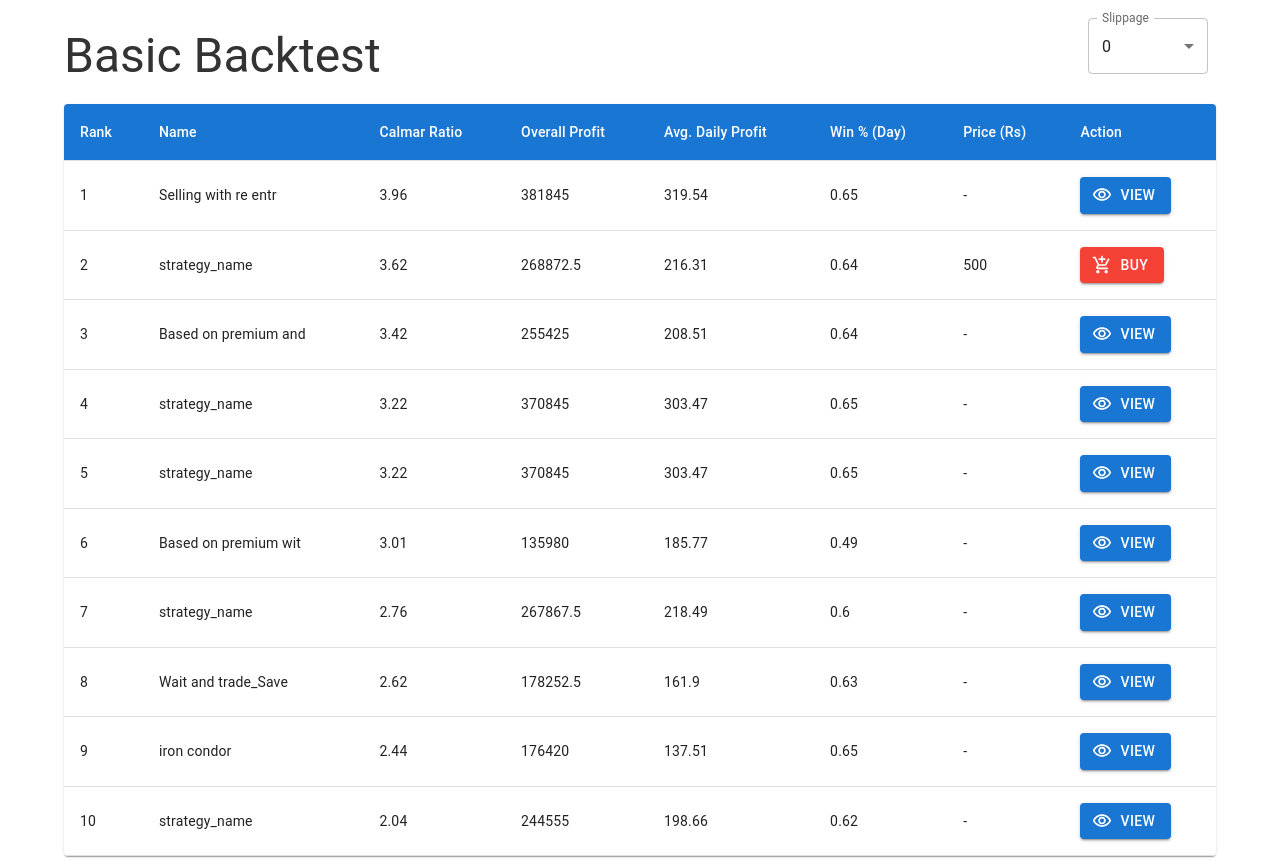
Repository: PraTEEkgUpTa2/Leaderboard
Page: /
An editor plug-in stored every save of this project. The page is shown before and after the next save, followed by the edit.
The browser window is 1280 px wide. The pictures show the whole page.
The project was rebuilt for these pictures with package versions that can differ from the ones it lists, and the page was loaded fresh each time. Also part of the build but not shown: src/App.css.

Above is the page before, as saved 2024-05-27 15:45:05.

After the next save:
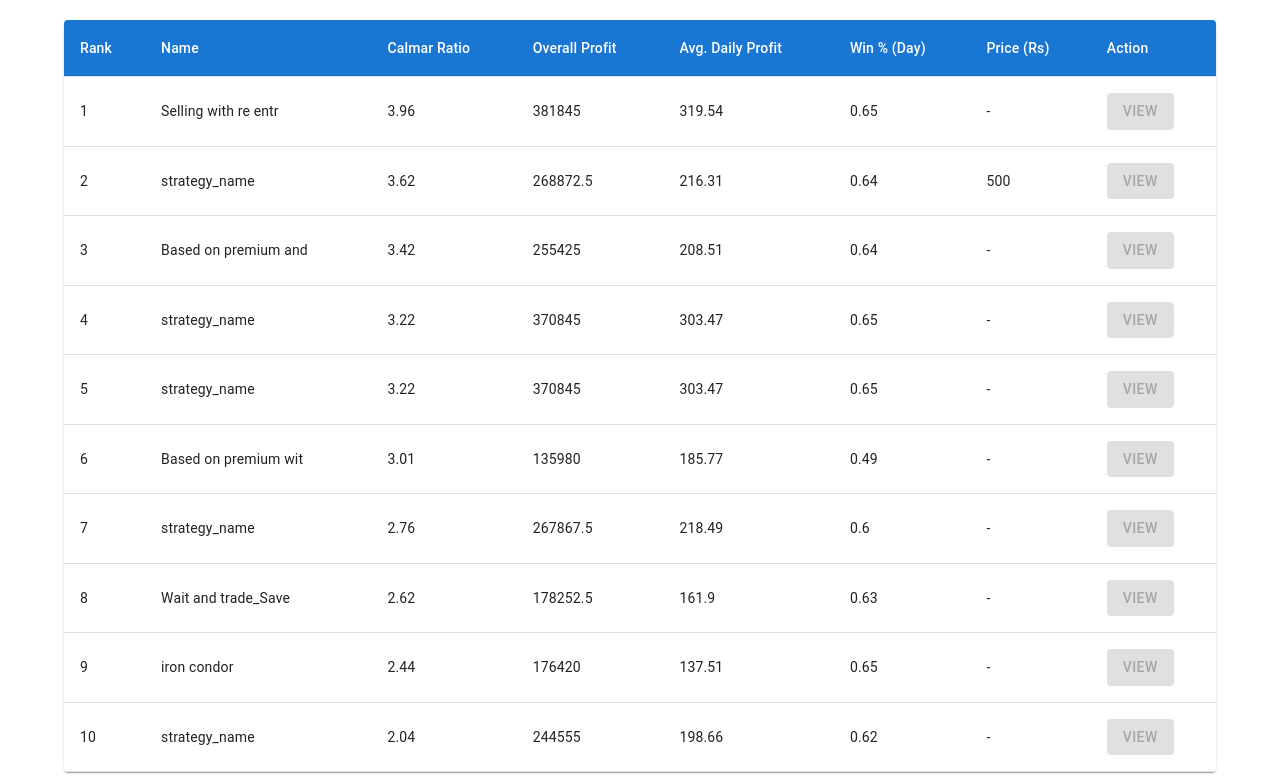
Saved 3 min 3 s later.
--- a/src/Leaderboard.js
+++ b/src/Leaderboard.js
@@ -1,7 +1,6 @@
 import React, { useState } from 'react';
 import data from './data.json';
 import { Container, Table, TableBody, TableCell, TableContainer, TableHead, TableRow, Paper, Button, Typography, FormControl, InputLabel, Select, MenuItem, Box, Card } from '@mui/material';
-import { VisibilityOutlined, AddShoppingCartOutlined } from '@mui/icons-material';
 import { styled } from '@mui/system';
 import { Pie } from 'react-chartjs-2';
 import {Chart, ArcElement} from 'chart.js'
@@ -14,43 +13,24 @@
   },
 }));
 
-const ViewButton = styled(Button)(({ theme }) => ({
-  backgroundColor: theme.palette.primary.main,
-  color: theme.palette.common.white,
-  '&:hover': {
-    backgroundColor: theme.palette.primary.dark,
-  },
-  '& .MuiButton-startIcon': {
-    marginRight: theme.spacing(1),
-  },
-}));
-
-const BuyButton = styled(Button)(({ theme }) => ({
-  backgroundColor: theme.palette.error.main,
-  color: theme.palette.common.white,
-  '&:hover': {
-    backgroundColor: theme.palette.error.dark,
-  },
-  '& .MuiButton-startIcon': {
-    marginRight: theme.spacing(1),
-  },
-}));
-
 const HoverTableRow = styled(TableRow)(({ theme }) => ({
   transition: 'background-color 0.3s',
   '&:hover': {
     backgroundColor: theme.palette.action.hover,
-    zIndex: 1, // Increase z-index when hovered
-    position: 'relative', // Add position: relative
+    zIndex: 1,
+    position: 'relative',
   },
 }));
 
 const Leaderboard = () => {
   const [selectedRow, setSelectedRow] = useState(null);
 
-  // Prepare data for the pie chart
+  const handleRowClick = (rowData) => {
+    setSelectedRow(rowData);
+  };
+
   const chartData = {
-    labels: selectedRow ? ['Calmar Ratio', 'Overall Profit', 'Avg. Daily Profit', 'Win % (Day)', 'Price (Rs)'] : [],
+    labels: ['Calmar Ratio', 'Overall Profit', 'Avg. Daily Profit', 'Win % (Day)', 'Price (Rs)'],
     datasets: [{
       data: selectedRow ? [selectedRow["Calmar Ratio"], selectedRow["Overall Profit"], selectedRow["Avg. Daily Profit"], selectedRow["Win %(Day)"], selectedRow["Price (Rs)"]] : [],
       backgroundColor: [
@@ -66,34 +46,23 @@
         '#FFCE56',
         '#66BB6A',
         '#FF7043'
-      ]
+      ],
+      borderColor: '#fff',
+      borderWidth: 1,
     }]
   };
 
-  const handleRowClick = (rowData) => {
-    setSelectedRow(rowData);
+  const chartOptions = {
+    responsive: true,
+    maintainAspectRatio: false,
+    animation: {
+      animateRotate: true,
+      animateScale: true,
+    },
   };
 
   return (
     <Container>
-      <Box display="flex" justifyContent="space-between" alignItems="center">
-        <Typography variant="h3" style={{ color: '#333', marginTop: '20px' }}>
-          Basic Backtest
-        </Typography>
-        <FormControl sx={{ m: 1, minWidth: 120 }}>
-          <InputLabel id="slippage-label">Slippage</InputLabel>
-          <Select
-            labelId="slippage-label"
-            id="slippage-select"
-            defaultValue={0}
-            label="Slippage"
-          >
-            <MenuItem value={0}>0</MenuItem>
-            <MenuItem value={0.5}>0.5</MenuItem>
-            <MenuItem value={1}>1</MenuItem>
-          </Select>
-        </FormControl>
-      </Box>
       <TableContainer component={Paper} style={{ marginTop: '20px' }}>
         <Table aria-label="leaderboard table">
           <StyledTableHead>
@@ -119,15 +88,9 @@
                 <TableCell>{row["Win %(Day)"]}</TableCell>
                 <TableCell>{row["Price (Rs)"] ? row["Price (Rs)"] : '-'}</TableCell>
                 <TableCell>
-                  {row.Action === 'View' ? (
-                    <ViewButton startIcon={<VisibilityOutlined />} variant="contained">
-                      View
-                    </ViewButton>
-                  ) : (
-                    <BuyButton startIcon={<AddShoppingCartOutlined />} variant="contained">
-                      Buy
-                    </BuyButton>
-                  )}
+                  <Button variant="contained" disabled>
+                    View
+                  </Button>
                 </TableCell>
               </HoverTableRow>
             ))}
@@ -139,7 +102,7 @@
           <Typography variant="h6" gutterBottom>
             {selectedRow.Name}
           </Typography>
-          <Pie data={chartData} />
+          <Pie data={chartData} options={chartOptions} />
         </Card>
       )}
     </Container>

After the 2 saves that followed:
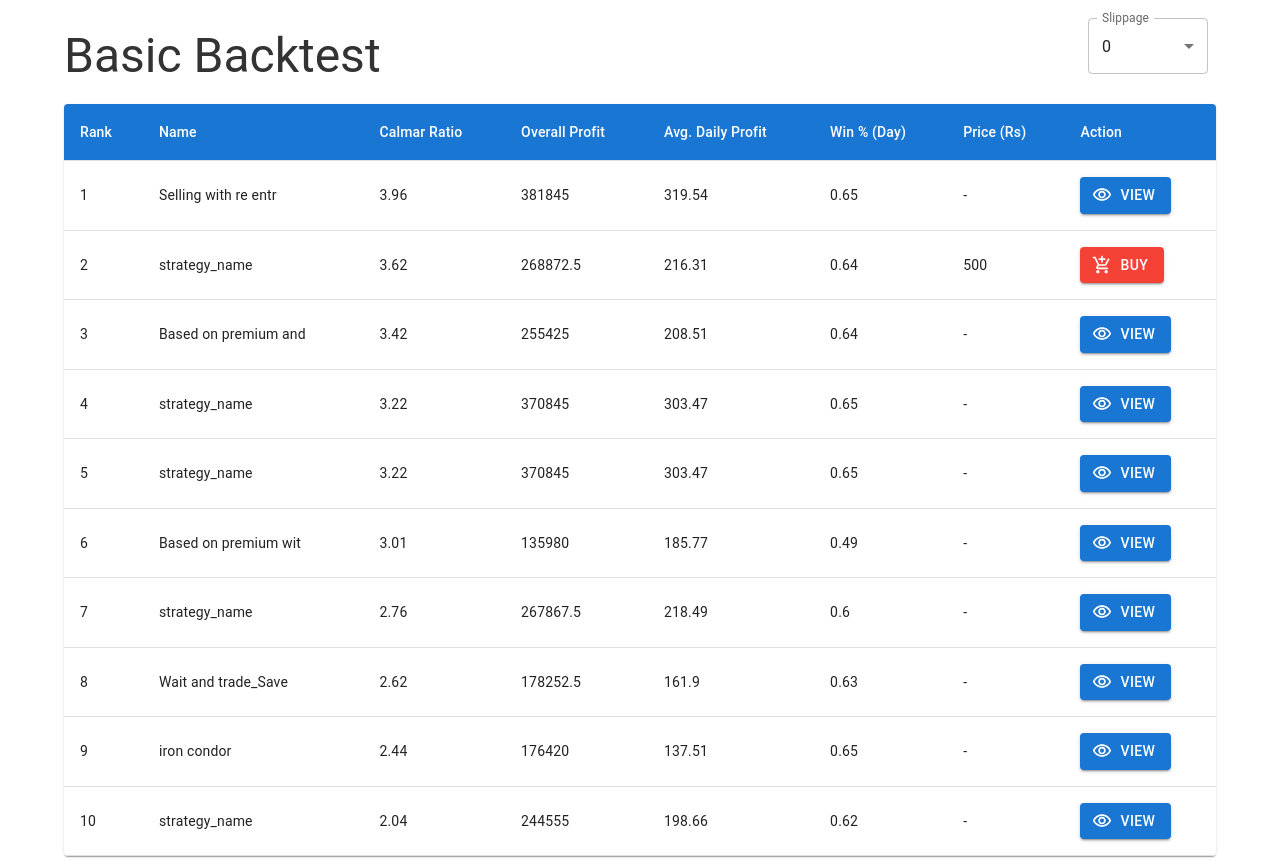
The 2 saves are shown as one change because 1 left the picture as it was.
The last was saved 4 min 58 s later.
--- a/src/Leaderboard.js
+++ b/src/Leaderboard.js
@@ -1,10 +1,9 @@
 import React, { useState } from 'react';
 import data from './data.json';
 import { Container, Table, TableBody, TableCell, TableContainer, TableHead, TableRow, Paper, Button, Typography, FormControl, InputLabel, Select, MenuItem, Box, Card } from '@mui/material';
+import { VisibilityOutlined, AddShoppingCartOutlined } from '@mui/icons-material';
 import { styled } from '@mui/system';
 import { Pie } from 'react-chartjs-2';
-import {Chart, ArcElement} from 'chart.js'
-Chart.register(ArcElement);
 
 const StyledTableHead = styled(TableHead)(({ theme }) => ({
   backgroundColor: theme.palette.primary.main,
@@ -13,24 +12,43 @@
   },
 }));
 
+const ViewButton = styled(Button)(({ theme }) => ({
+  backgroundColor: theme.palette.primary.main,
+  color: theme.palette.common.white,
+  '&:hover': {
+    backgroundColor: theme.palette.primary.dark,
+  },
+  '& .MuiButton-startIcon': {
+    marginRight: theme.spacing(1),
+  },
+}));
+
+const BuyButton = styled(Button)(({ theme }) => ({
+  backgroundColor: theme.palette.error.main,
+  color: theme.palette.common.white,
+  '&:hover': {
+    backgroundColor: theme.palette.error.dark,
+  },
+  '& .MuiButton-startIcon': {
+    marginRight: theme.spacing(1),
+  },
+}));
+
 const HoverTableRow = styled(TableRow)(({ theme }) => ({
   transition: 'background-color 0.3s',
   '&:hover': {
     backgroundColor: theme.palette.action.hover,
-    zIndex: 1,
-    position: 'relative',
+    zIndex: 1, // Increase z-index when hovered
+    position: 'relative', // Add position: relative
   },
 }));
 
 const Leaderboard = () => {
   const [selectedRow, setSelectedRow] = useState(null);
 
-  const handleRowClick = (rowData) => {
-    setSelectedRow(rowData);
-  };
-
+  // Prepare data for the pie chart
   const chartData = {
-    labels: ['Calmar Ratio', 'Overall Profit', 'Avg. Daily Profit', 'Win % (Day)', 'Price (Rs)'],
+    labels: selectedRow ? ['Calmar Ratio', 'Overall Profit', 'Avg. Daily Profit', 'Win % (Day)', 'Price (Rs)'] : [],
     datasets: [{
       data: selectedRow ? [selectedRow["Calmar Ratio"], selectedRow["Overall Profit"], selectedRow["Avg. Daily Profit"], selectedRow["Win %(Day)"], selectedRow["Price (Rs)"]] : [],
       backgroundColor: [
@@ -46,23 +64,34 @@
         '#FFCE56',
         '#66BB6A',
         '#FF7043'
-      ],
-      borderColor: '#fff',
-      borderWidth: 1,
+      ]
     }]
   };
 
-  const chartOptions = {
-    responsive: true,
-    maintainAspectRatio: false,
-    animation: {
-      animateRotate: true,
-      animateScale: true,
-    },
+  const handleRowClick = (rowData) => {
+    setSelectedRow(rowData);
   };
 
   return (
     <Container>
+      <Box display="flex" justifyContent="space-between" alignItems="center">
+        <Typography variant="h3" style={{ color: '#333', marginTop: '20px' }}>
+          Basic Backtest
+        </Typography>
+        <FormControl sx={{ m: 1, minWidth: 120 }}>
+          <InputLabel id="slippage-label">Slippage</InputLabel>
+          <Select
+            labelId="slippage-label"
+            id="slippage-select"
+            defaultValue={0}
+            label="Slippage"
+          >
+            <MenuItem value={0}>0</MenuItem>
+            <MenuItem value={0.5}>0.5</MenuItem>
+            <MenuItem value={1}>1</MenuItem>
+          </Select>
+        </FormControl>
+      </Box>
       <TableContainer component={Paper} style={{ marginTop: '20px' }}>
         <Table aria-label="leaderboard table">
           <StyledTableHead>
@@ -88,9 +117,15 @@
                 <TableCell>{row["Win %(Day)"]}</TableCell>
                 <TableCell>{row["Price (Rs)"] ? row["Price (Rs)"] : '-'}</TableCell>
                 <TableCell>
-                  <Button variant="contained" disabled>
-                    View
-                  </Button>
+                  {row.Action === 'View' ? (
+                    <ViewButton startIcon={<VisibilityOutlined />} variant="contained">
+                      View
+                    </ViewButton>
+                  ) : (
+                    <BuyButton startIcon={<AddShoppingCartOutlined />} variant="contained">
+                      Buy
+                    </BuyButton>
+                  )}
                 </TableCell>
               </HoverTableRow>
             ))}
@@ -102,7 +137,7 @@
           <Typography variant="h6" gutterBottom>
             {selectedRow.Name}
           </Typography>
-          <Pie data={chartData} options={chartOptions} />
+          <Pie data={chartData} />
         </Card>
       )}
     </Container>
